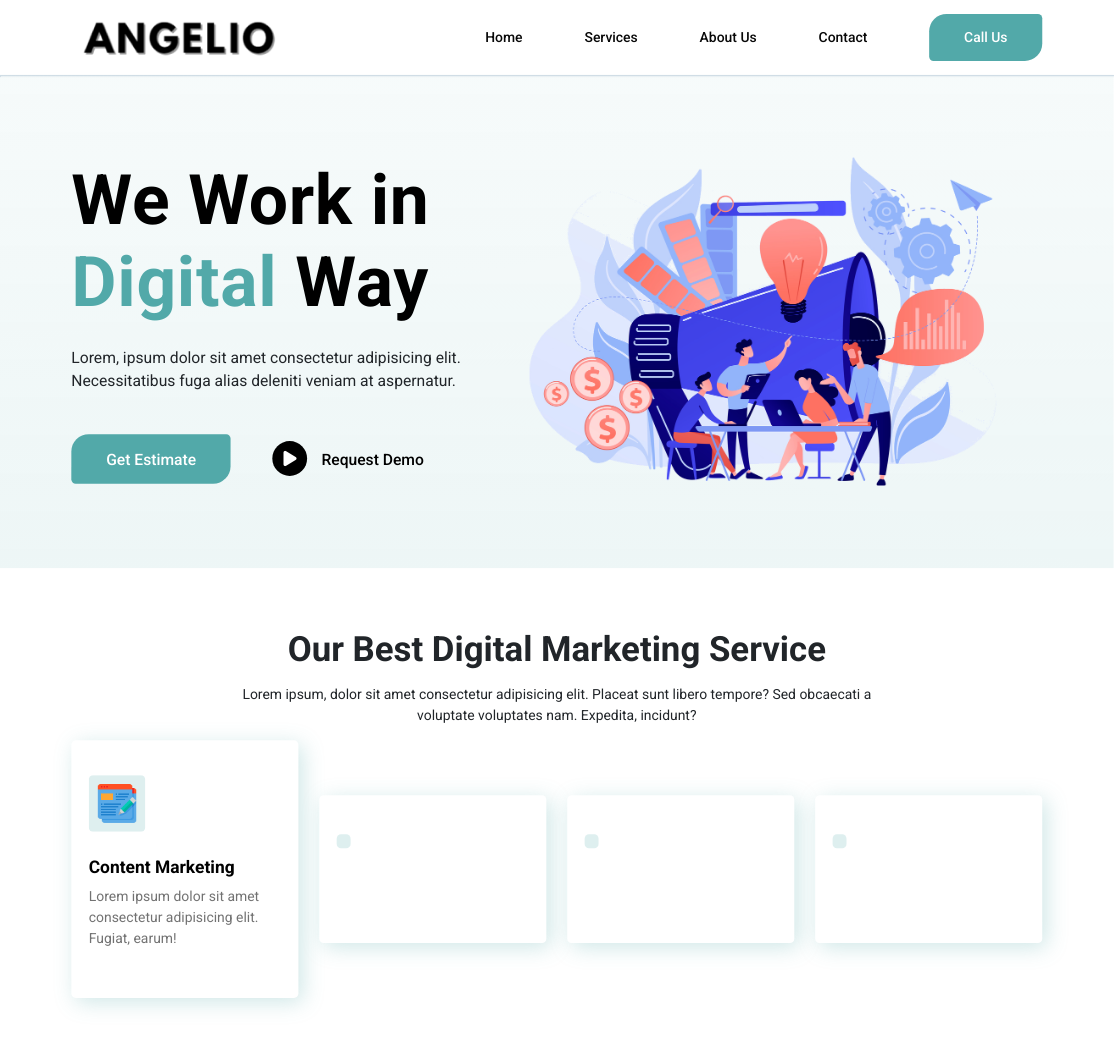
Repository: nazmulalok/landing-page-angelio
Page: index.html
The author's editor kept a copy of each file at every save. The page is drawn from the files as they stood at one save, then again after the next save.
The browser window is 1280 px wide. The pictures show the whole page, at 87% of full size.

Above is the page before, as saved 2022-09-10 22:55:26.

### index.html
<!DOCTYPE html>
<html lang="en">

    <head>
        <meta charset="UTF-8">
        <meta http-equiv="X-UA-Compatible" content="IE=edge">
        <meta name="viewport" content="width=device-width, initial-scale=1.0">
        <title>Landing Page</title>
        <link rel="preconnect" href="https://fonts.googleapis.com">
        <link rel="preconnect" href="https://fonts.gstatic.com" crossorigin>
        <link rel="stylesheet" href="https://cdnjs.cloudflare.com/ajax/libs/font-awesome/6.2.0/css/all.min.css"
            integrity="sha512-xh6O/CkQoPOWDdYTDqeRdPCVd1SpvCA9XXcUnZS2FmJNp1coAFzvtCN9BmamE+4aHK8yyUHUSCcJHgXloTyT2A=="
            crossorigin="anonymous" referrerpolicy="no-referrer" />
        <link
            href="https://fonts.googleapis.com/css2?family=Roboto:ital,wght@0,300;0,400;0,500;0,700;0,900;1,300;1,400;1,500;1,700;1,900&display=swap"
            rel="stylesheet">
        <link href="https://cdn.jsdelivr.net/npm/bootstrap@5.2.0/dist/css/bootstrap.min.css" rel="stylesheet"
            integrity="sha384-gH2yIJqKdNHPEq0n4Mqa/HGKIhSkIHeL5AyhkYV8i59U5AR6csBvApHHNl/vI1Bx" crossorigin="anonymous">
        <link rel="stylesheet" href="style.css">
    </head>

    <body>
        <header>
            <nav>
                <div class="container">
                    <div class="row align-items-center">
                        <div class="col-lg-5">
                            <div class="logo">
                                <a href="/"><img src="images/angelio-logo.png" alt="Angelio Logo" width="250"
                                        height="66"></a>
                            </div>
                        </div>
                        <div class="col-lg-7 d-flex justify-content-end">
                            <ul>
                                <li><a href="/">Home</a></li>
                                <li><a href="/services.html">Services</a></li>
                                <li><a href="/about-us.html">About Us</a></li>
                                <li><a href="/contact.html">Contact</a></li>
                                <li class="nav-cta"><a href="tel:000-000-0000">Call Us</a></li>
                            </ul>
                        </div>
                    </div>
                </div>
            </nav>
        </header>
        <section class="sec-padding banner-sec">
            <div class="container">
                <div class="row align-items-center">
                    <div class="col-lg-7 order-lg-last">
                        <img src="images/angelio-digital-marketing.png" alt="">
                    </div>
                    <div class="col-lg-5">
                        <div class="large-heading">We Work in <span class="color-text">Digital</span> Way</div>
                        <p>Lorem, ipsum dolor sit amet consectetur adipisicing elit. Necessitatibus fuga alias deleniti
                            veniam at aspernatur.</p>
                        <div class="d-flex align-items-center mt-5"><a href="/contact-us" class="main-btn me-5">Get
                                Estimate</a>
                            <a href="/contact-us" class="play-btn"><i class="fas fa-play me-3"></i>Request Demo</a>
                        </div>
                    </div>
                </div>
            </div>
        </section>
        <section class="sec-padding">
            <div class="container">
                <div class="row justify-content-center">
                    <div class="col-md-8">
                        <div class="text-center">
                            <h1>
                                Our Best Digital Marketing Service
                            </h1>
                            <p>Lorem ipsum, dolor sit amet consectetur adipisicing elit. Placeat sunt
                                libero
                                tempore? Sed obcaecati a voluptate voluptates nam. Expedita, incidunt?</p>
                        </div>
                    </div>
                </div>
                <div class="row align-items-center">
                    <div class="col-lg-3">
                        <div class="service-box">
                            <div class="service-icon">
                                <img src="images/content-marketing.png" alt="Content Marketing">
                            </div>
                            <div class="service-content">
                                <a href="#">Content Marketing</a>
                                <p>Lorem ipsum dolor sit amet consectetur adipisicing elit. Fugiat, earum!</p>
                            </div>
                        </div>
                    </div>
                    <div class="col-lg-3">
                        <div class="service-box">
                            <div class="service-icon">
                                <img src="" alt="">
                            </div>
                        </div>
                    </div>
                    <div class="col-lg-3">
                        <div class="service-box">
                            <div class="service-icon">
                                <img src="" alt="">
                            </div>
                        </div>
                    </div>
                    <div class="col-lg-3">
                        <div class="service-box">
                            <div class="service-icon">
                                <img src="" alt="">
                            </div>
                        </div>
                    </div>
                </div>
            </div>
        </section>


        <script src="https://cdn.jsdelivr.net/npm/bootstrap@5.2.0/dist/js/bootstrap.bundle.min.js"
            integrity="sha384-A3rJD856KowSb7dwlZdYEkO39Gagi7vIsF0jrRAoQmDKKtQBHUuLZ9AsSv4jD4Xa"
            crossorigin="anonymous"></script>
    </body>

</html>

### style.css
:root {
    --primary-color: #52a9a9;
    --secondary-color: #000000;
    --main-font: 'Roboto', sans-serif;
}

body {
    font-family: var(--main-font);
}

nav {
    padding: 10px 0px;
    box-shadow: 0 1px 1px 1px #14477e2b;
}

nav ul {
    list-style-type: none;
    display: flex;
    justify-content: flex-end;
    margin: 0;
    padding: 0;
    align-items: center;
    gap: 20%;
    white-space: nowrap;
}

nav ul li a {
    color: #080808;
    text-decoration: none;
    display: block;
    position: relative;
    font-weight: 500;
}

nav ul li a:hover {
    color: #52a9a9;
}

li.nav-cta a {
    background: #008080ad;
    padding: 15px 40px;
    color: #fff;
    border-radius: 20px 5px;
    transition: all 0.3s ease;
}

li.nav-cta a:hover {
    background: #000;
    color: #fff;
    border-radius: 5px 20px;
    transition: all 0.3s ease;
}

li.nav-cta a:before {
    content: "";
    width: 0%;
    height: 0px;
    position: absolute;
    left: 0;
    bottom: 0;
    transition: none;
    transform: none;
    background: none;
    transform-origin: 0%;
}

li.nav-cta a:hover:before {
    transform: none;
    transform-origin: 0%;
}

nav ul li a:before {
    content: "";
    width: 100%;
    height: 2px;
    position: absolute;
    left: 0;
    bottom: 0;
    transition: 0.4s transform ease;
    transform: scale3d(0, 1, 1);
    background: #52a9a9;
    transform-origin: 100% 50%;
}

nav ul li a:hover::before {
    transform: scale3d(1, 1, 1);
    transform-origin: 0 50%;
}

.sec-padding {
    padding: 70px 0px;
}

.banner-sec {
    background-image: linear-gradient(rgb(82 169 169 / 5%), rgb(82 169 169 / 10%));
    background-size: cover;
    background-position: center;
}

.banner-sec img {
    width: 100%;
}

.large-heading {
    font-size: 80px;
    color: #000;
    font-weight: 600;
    letter-spacing: 0.8px;
    line-height: normal;
    margin-bottom: 25px;
}

.banner-sec p {
    font-size: 18px;
}

.color-text {
    color: var(--primary-color);
}

a.main-btn {
    color: #fff;
    background: #52a9a9;
    padding: 15px 40px;
    font-weight: 500;
    font-size: 18px;
    text-decoration: none;
    border-radius: 20px 5px;
    transition: all 0.3s ease;
}

a.main-btn:hover {
    background: #000;
    color: #fff;
    border-radius: 5px 20px;
    transition: all 0.3s ease;
}

a.play-btn {
    display: inline-flex;
    align-items: center;
    justify-content: center;
    color: #000;
    text-decoration: none;
    font-weight: 500;
    font-size: 18px;
}

.play-btn .fa-play {
    width: 40px;
    height: 40px;
    color: #fff;
    font-size: 20px;
    background: #000;
    display: inline-flex;
    align-items: center;
    justify-content: center;
    border-radius: 50%;
    transition: all 0.3s ease;
}

.play-btn:hover i {
    background: #52a9a9;
}

/* Headings */

h1,
h2,
h3,
h4,
h5,
h6 {
    margin-bottom: 1rem;
    font-weight: 700;
}

/* Service Box */

.service-box {
    background: #fff;
    padding: 40px 20px;
    box-shadow: 5px 5px 25px 0 rgb(82 169 169 / 28%);
    border-radius: 5px;
}

.service-box .service-icon {
    width: 80px;
    height: 80px;
    margin-bottom: 10px;
}

.service-box .service-icon img {
    width: 65px;
    background: #52a9a930;
    padding: 8px;
    border-radius: 5px;
}

.service-box .service-content a {
    display: inline-block;
    color: #000;
    font-size: 20px;
    font-weight: 600;
    text-decoration: none;
    margin-bottom: 8px;
}

.service-box .service-content p {
    color: #575757d6;
}

After the next save:
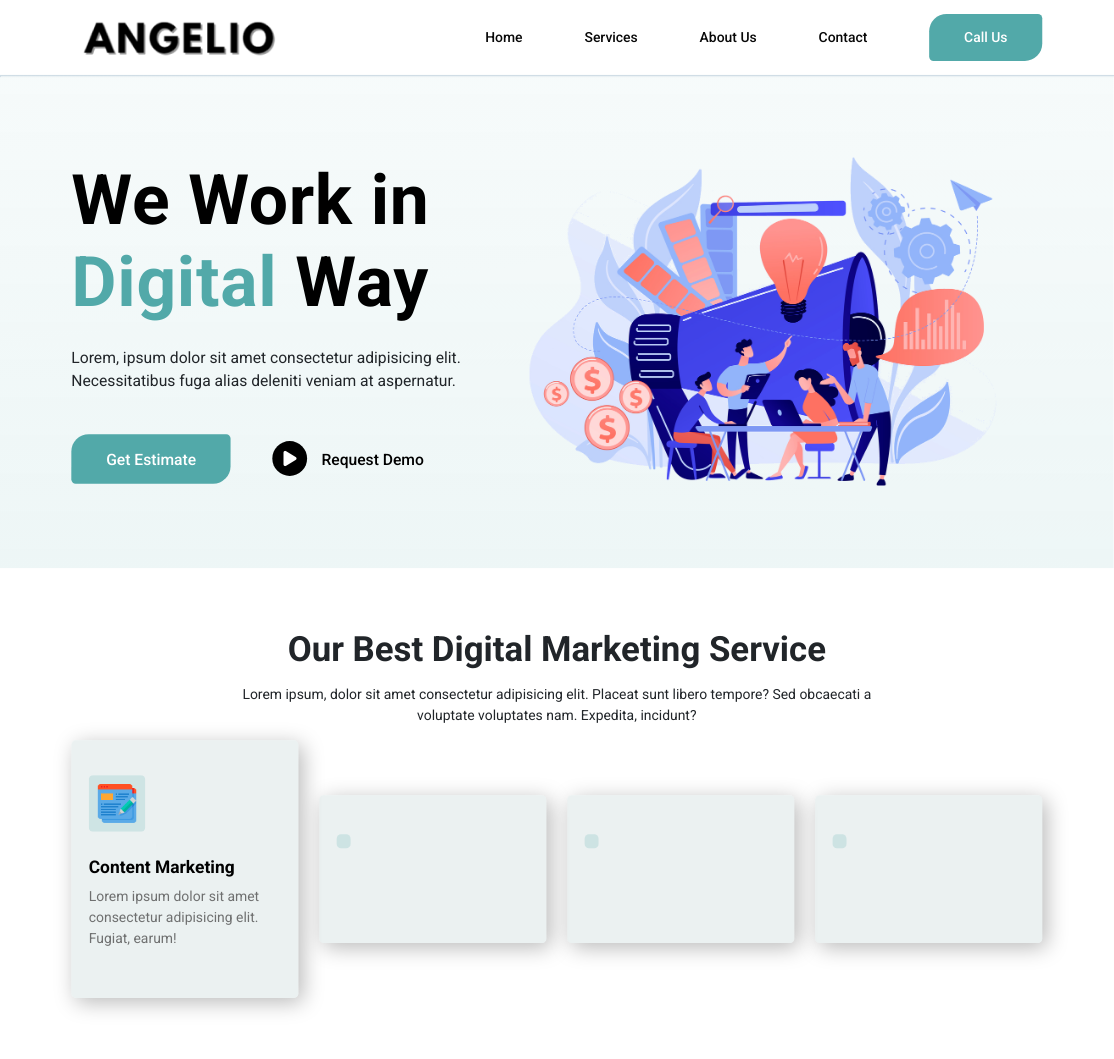
Saved 8 min 18 s later.
--- a/style.css
+++ b/style.css
@@ -178,9 +178,9 @@ h6 {
 /* Service Box */
 
 .service-box {
-    background: #fff;
+    background: #c5d6d657;
     padding: 40px 20px;
-    box-shadow: 5px 5px 25px 0 rgb(82 169 169 / 28%);
+    box-shadow: 5px 5px 25px 0 rgb(0 0 0 / 28%);
     border-radius: 5px;
 }
 
